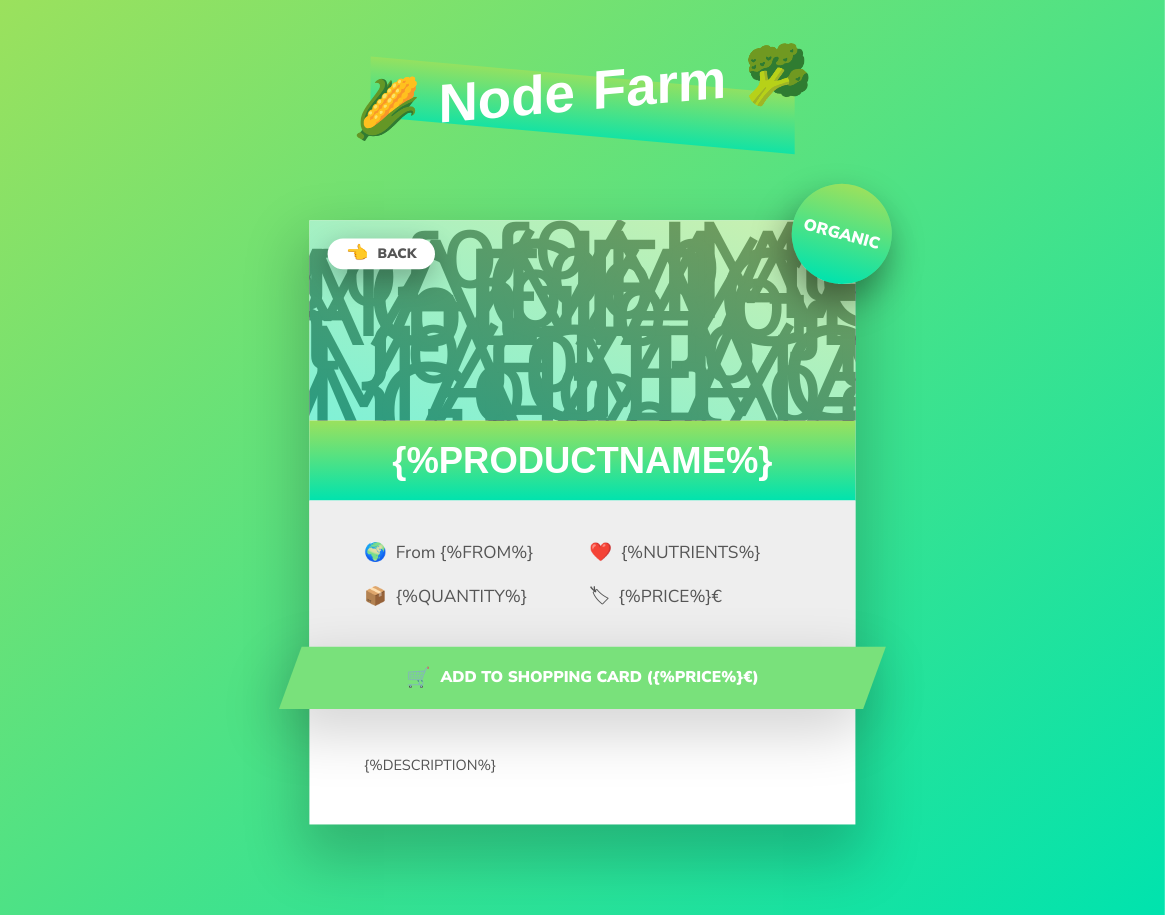
Repository: smit1298/MongoExpressNode
Page: templates/template-product.html
An editor plug-in stored every save of this project. The page is shown before and after the next save, followed by the edit.
The browser window is 1280 px wide. The pictures show the whole page, at 91% of full size.
Some web fonts or font styles are not loaded; a fallback is used.

Above is the page before, as saved 2022-04-10 06:37:55.

After the next save:
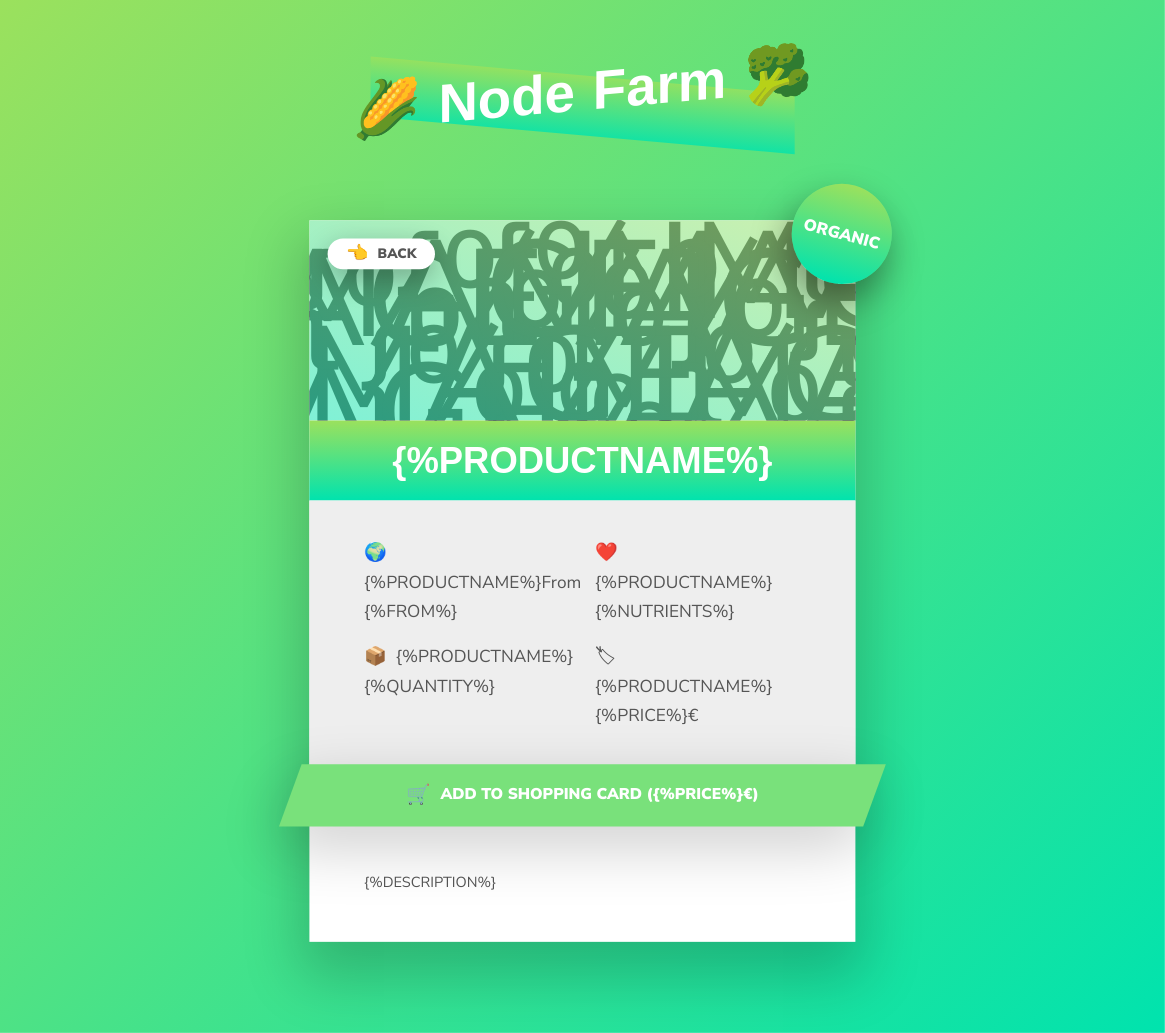
Saved 10 s later.
--- a/templates/template-product.html
+++ b/templates/template-product.html
@@ -287,10 +287,10 @@
         </div>
         <h2 class="product__name">{%PRODUCTNAME%}</h2>
         <div class="product__details">
-          <p><span class="emoji-left">🌍</span>From {%FROM%}</p>
-          <p><span class="emoji-left">❤️</span>{%NUTRIENTS%}</p>
-          <p><span class="emoji-left">📦</span>{%QUANTITY%}</p>
-          <p><span class="emoji-left">🏷</span>{%PRICE%}€</p>
+          <p><span class="emoji-left">🌍</span>{%PRODUCTNAME%}From {%FROM%}</p>
+          <p><span class="emoji-left">❤️</span>{%PRODUCTNAME%}{%NUTRIENTS%}</p>
+          <p><span class="emoji-left">📦</span>{%PRODUCTNAME%}{%QUANTITY%}</p>
+          <p><span class="emoji-left">🏷</span>{%PRODUCTNAME%}{%PRICE%}€</p>
         </div>
 
         <a href="#" class="product__link">
